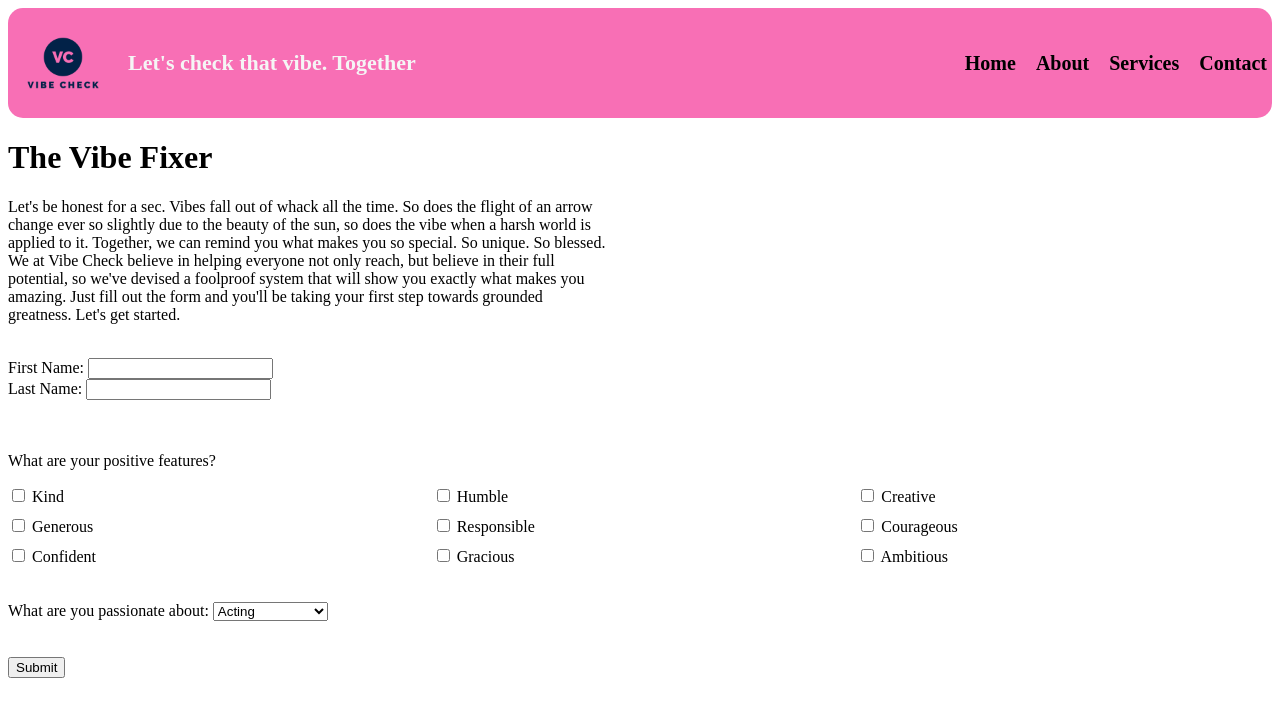
Repository: Chadloswald/Dis-Service
Page: docs/index.html
These files come from the project's save history. The page is drawn as it stood at one moment and after the next save; the edit follows.
The browser window is 1280 px wide. The pictures show the whole page.

Above is the page before, as saved 2023-05-02 11:08:33.

After the next save:
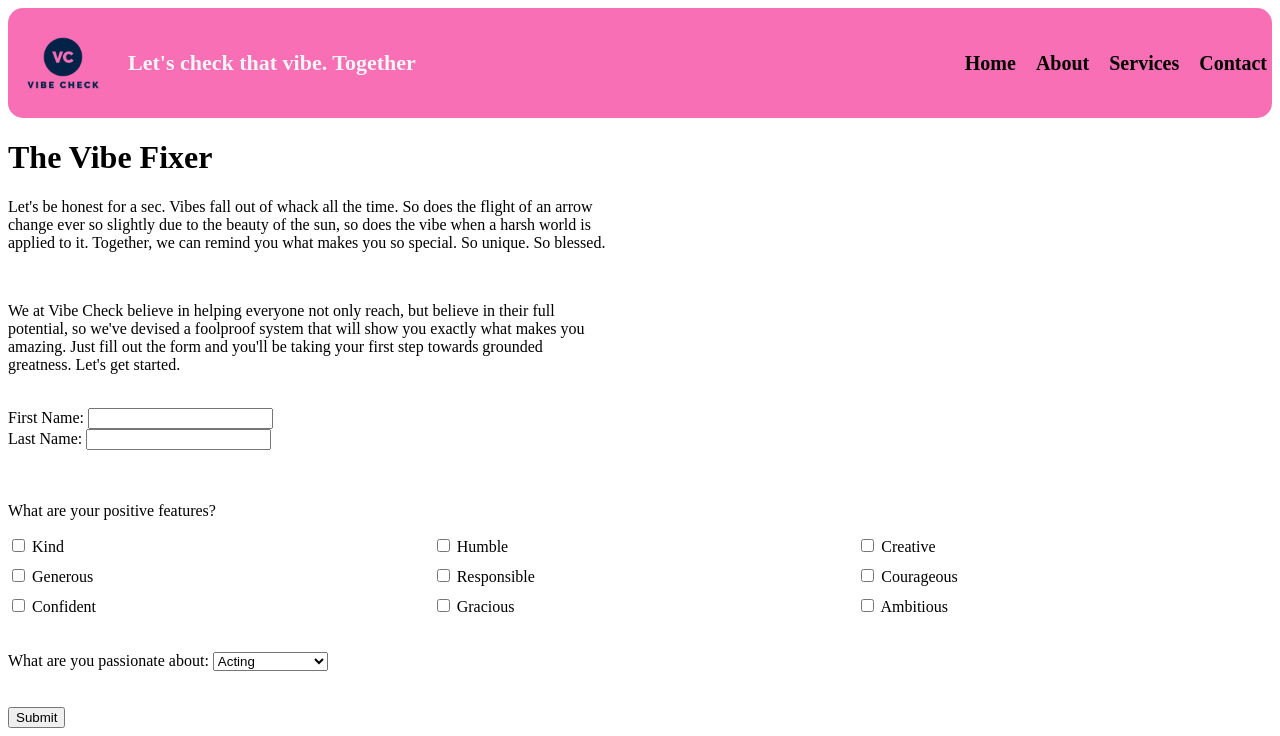
Saved 37 s later.
--- a/docs/index.html
+++ b/docs/index.html
@@ -21,7 +21,8 @@
 		</nav>
 	  </header>
 	<h1>The Vibe Fixer</h1>
-	  <p>Let's be honest for a sec. Vibes fall out of whack all the time. So does the flight of an arrow change ever so slightly due to the beauty of the sun, so does the vibe when a harsh world is applied to it. Together, we can remind you what makes you so special. So unique. So blessed.<br> We at Vibe Check believe in helping everyone not only reach, but believe in their full potential, so we've devised a foolproof system that will show you exactly what makes you amazing. Just fill out the form and you'll be taking your first step towards grounded greatness. Let's get started.</p>
+	  <p>Let's be honest for a sec. Vibes fall out of whack all the time. So does the flight of an arrow change ever so slightly due to the beauty of the sun, so does the vibe when a harsh world is applied to it. Together, we can remind you what makes you so special. So unique. So blessed.</p><br>
+		<p>We at Vibe Check believe in helping everyone not only reach, but believe in their full potential, so we've devised a foolproof system that will show you exactly what makes you amazing. Just fill out the form and you'll be taking your first step towards grounded greatness. Let's get started.</p>
 	  <br>
 	<form>
 
